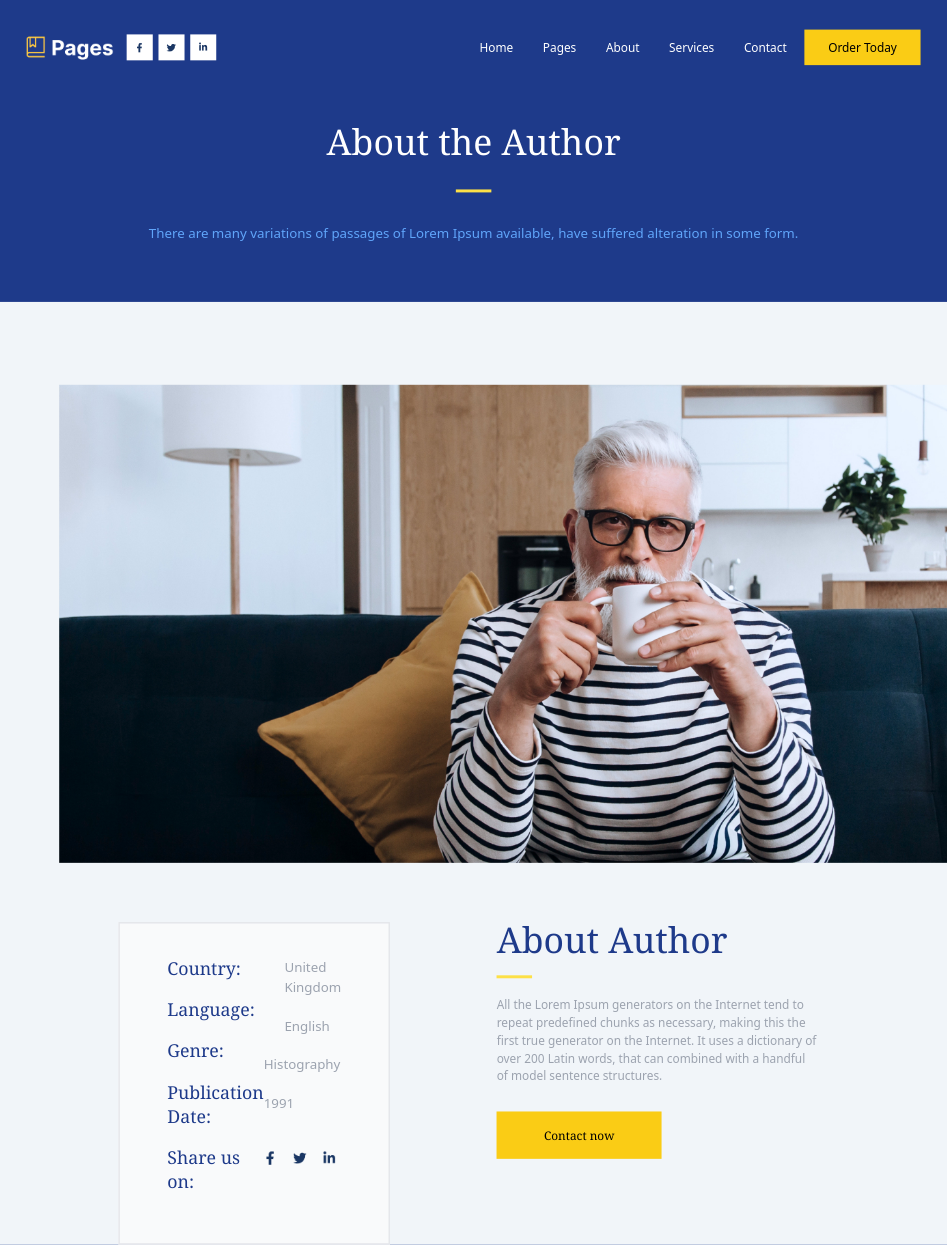
Repository: Godnorg/Class3
Page: index.html
An editor plug-in stored every save of this project. The page is shown before and after the next save, followed by the edit.
The browser window is 1280 px wide. The pictures show the whole page, at 74% of full size.
Some web libraries are served in a nearby version.

Above is the page before, as saved 2023-02-20 03:47:11.

After the next save:
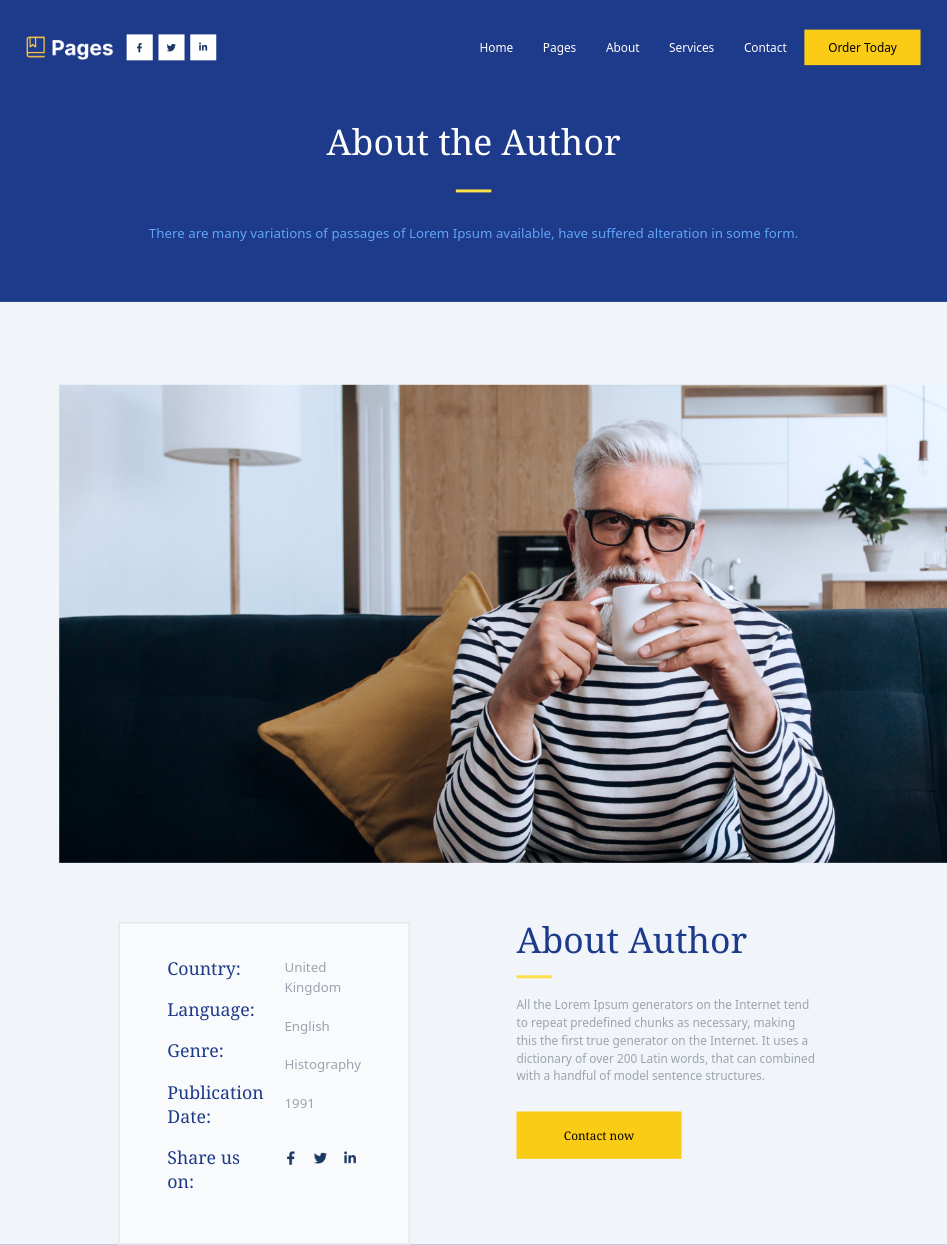
Saved 6 s later.
--- a/index.html
+++ b/index.html
@@ -49,9 +49,9 @@
                 <div class="p-0">
                 <p class="pb-6 pr-0 text-lg text-gray-400 pl-7">United Kingdom</p>
                 <p class="pb-6 pr-0 text-lg text-gray-400 pl-7">English</p>
-                <p class="pb-6 pr-0 text-lg text-gray-400">Histography</p>
-                <p class="pb-6 pr-0 text-lg text-gray-400">1991</p>
-                <img src="./socialmedia.png" class="pb-6 pr-0 pt-7">
+                <p class="pb-6 pr-0 text-lg text-gray-400 pl-7">Histography</p>
+                <p class="pb-6 pr-0 text-lg text-gray-400 pl-7">1991</p>
+                <img src="./socialmedia.png" class="pb-6 pr-0 pt-7 pl-7">
                 </div>
             </div>
         </div>
